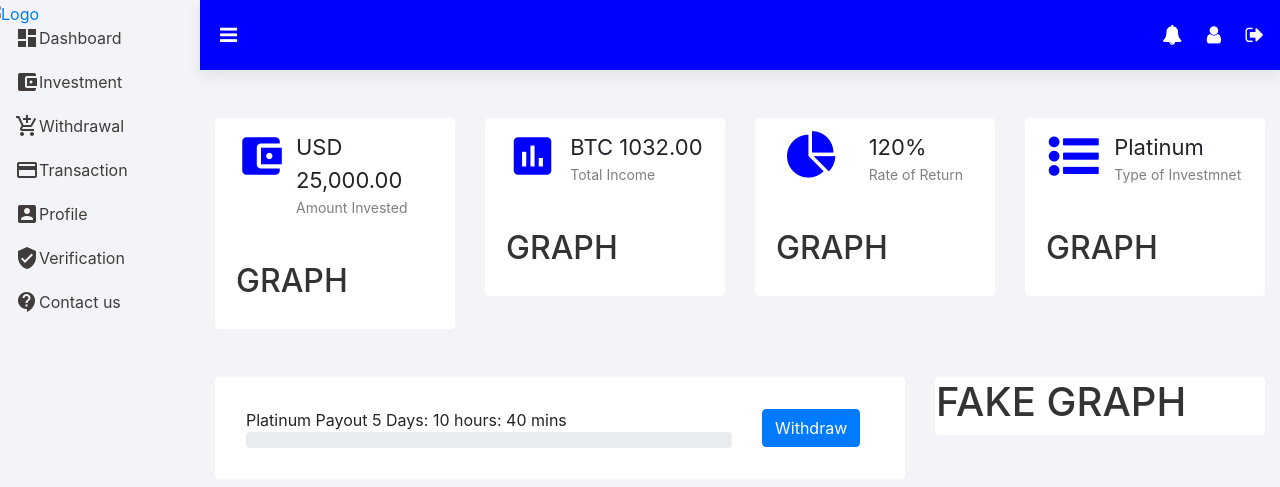
Repository: latenightsnacc/Static-Web-Projects
Page: investment-site/index.html
An editor plug-in stored every save of this project. The page is shown before and after the next save, followed by the edit.
The browser window is 1280 px wide. The pictures show the whole page.
Some web libraries are served in a nearby version. The style sheet was rebuilt from its Sass, Less or Tailwind sources for each picture, by a compiler version that may differ from the author's.

Above is the page before, as saved 2020-07-31 09:34:21.
Console error (its wording comes from the project's code and is left out).

### investment-site/index.html
<!DOCTYPE html>
<html lang="en">
<head>
    <meta charset="UTF-8">
    <meta name="viewport" content="width=device-width, initial-scale=1.0">
    <link rel="stylesheet" href="https://cdn.jsdelivr.net/npm/uikit@3.5.4/dist/css/uikit.min.css" />
    <!--Bootstrap-->
    <link rel="stylesheet" href="https://stackpath.bootstrapcdn.com/bootstrap/4.5.0/css/bootstrap.min.css" integrity="sha384-9aIt2nRpC12Uk9gS9baDl411NQApFmC26EwAOH8WgZl5MYYxFfc+NcPb1dKGj7Sk" crossorigin="anonymous">
    <!--Font awesome -->
    <link rel="stylesheet" href="https://stackpath.bootstrapcdn.com/font-awesome/4.7.0/css/font-awesome.min.css">
    <!--Google Icons-->
    <link href="https://fonts.googleapis.com/icon?family=Material+Icons" rel="stylesheet">
    <!--Custom Stylesheet-->
    <link rel="stylesheet" href="stylesheet.css">
    <title>Investment Site</title>
</head>
<body>
    <main class="row">
        <!--Sidebar-->
        <div class="sidebar" id="side-nav">
            <div class="sideNav-menu">
                <a href="index.html">
                    <img src="#" alt="Logo" />
                </a>
                <ul class="side-menu">
                    <li>
                        <a href="#" class="menu-item">
                            <span class="material-icons">dashboard</span>
                            <span class="menu-link">Dashboard</span>
                        </a>
                    </li>
                    <li>
                        <a href="#" class="menu-item">
                            <span class="material-icons">account_balance_wallet</span>
                            <span class="menu-link">Investment</span>
                        </a>
                    </li>
                    <li>
                        <a href="#" class="menu-item">
                            <span class="material-icons">add_shopping_cart</span>
                            <span class="menu-link">Withdrawal</span>
                        </a>
                    </li>
                    <li>
                        <a href="#" class="menu-item">
                            <span class="material-icons">payment</span>
                            <span class="menu-link">Transaction</span>
                        </a>
                    </li>
                    <li>
                        <a href="#" class="menu-item">
                            <span class="material-icons">account_box</span>
                            <span class="menu-link">Profile</span>
                        </a>
                    </li>
                    <li>
                        <a href="#" class="menu-item">
                            <span class="material-icons">verified_user</span>
                            <span class="menu-link">Verification</span>
                        </a>
                    </li>
                    <li>
                        <a href="#" class="menu-item">
                            <span class="material-icons">contact_support</span>
                            <span class="menu-link">Contact us</span>
                        </a>
                    </li>
                </ul>
            </div>
        </div>
        <!--Main-->
        <div class="main-content" id="main">
            <!--Header-->
            <div class="header">
                <div class="menu">
                    <button class="icon" id="menu-icon">
                        <i class="fa fa-bars"></i>
                    </button>
                    <div class="other-icons pr-3">
                        <button class="icon">
                            <i class="fa fa-bell"></i>
                        </button>
                        <button class="icon">
                            <i class="fa fa-user"></i>
                        </button>
                        <button class="icon">
                            <i class="fa fa-sign-out"></i>
                        </button>
                    </div>
                </div>
            </div>

            <!--Summary Cards-->
            <div class="container">
                <div class="row mt-5">
                    <div class="col-sm-12 col-md-3 col-lg-3">
                        <div class="card">
                            <div class="card-header">
                                <span class="material-icons sc-icon">account_balance_wallet</span>
                                <div class="card-title">USD 25,000.00
                                    <span>Amount Invested</span>
                                </div>
                            </div>
                            <div class="card-body">
                                <h2>GRAPH</h2>
                            </div>
                        </div>
                    </div>
                    <div class="col-sm-12 col-md-3 col-lg-3">
                        <div class="card">
                            <div class="card-header">
                                <span class="material-icons sc-icon">assessment</span>
                                <div class="card-title">BTC 1032.00
                                    <span>Total Income</span>
                                </div>
                            </div>
                            <div class="card-body">
                                <h2>GRAPH</h2>
                            </div>
                        </div>
                    </div>
                    <div class="col-sm-12 col-md-3 col-lg-3">
                        <div class="card">
                            <div class="card-header">
                                <span class="fa fa-pie-chart sc-icon"></span>
                                <div class="card-title">120%
                                    <span>Rate of Return</span>
                                </div>
                            </div>
                            <div class="card-body">
                                <h2>GRAPH</h2>
                            </div>
                        </div>
                    </div>
                    <div class="col-sm-12 col-md-3 col-lg-3">
                        <div class="card">
                            <div class="card-header">
                                <span class="fa fa-list-ul sc-icon"></span>
                                <div class="card-title">Platinum
                                    <span>Type of Investmnet</span>
                                </div>
                            </div>
                            <div class="card-body">
                                <h2>GRAPH</h2>
                            </div>
                        </div>
                    </div>
                </div>
            </div>

            <div class="container">
                <div class="row mt-5">
                    <div class="col-sm-12 col-md-8 col-lg-8">
                        <div class="card">
                            <div class="row card-container">
                                <div class="col-sm-9 col-md-9 col-lg-9">
                                    <div class="investment-title">Platinum Payout
                                        <span>5 Days: 10 hours: 40 mins</span>
                                    </div>
                                    <div class="progress">
                                        <div class="progress-bar" role="progressbar" aria-valuenow="30" aria-valuemin="30" aria-valuemax="100"></div>
                                    </div>
                                </div>
                                <div class="col-sm-3 col-md-3 col-lg-3">
                                    <div class="btnBox">
                                        <button class="btn btn-primary">Withdraw</button>
                                    </div>
                                </div>
                            </div>
                        </div>
                    </div>
                    <div class="col-sm-12 col-md-4 col-lg-4">
                        <div class="card">
                            <h1>FAKE GRAPH</h1>
                        </div>
                    </div>
                </div>
            </div>

        </div>
    </main>
    <script src="https://code.jquery.com/jquery-3.5.1.slim.min.js" integrity="sha384-DfXdz2htPH0lsSSs5nCTpuj/zy4C+OGpamoFVy38MVBnE+IbbVYUew+OrCXaRkfj" crossorigin="anonymous"></script>
    <script src="https://cdn.jsdelivr.net/npm/popper.js@1.16.0/dist/umd/popper.min.js" integrity="sha384-Q6E9RHvbIyZFJoft+2mJbHaEWldlvI9IOYy5n3zV9zzTtmI3UksdQRVvoxMfooAo" crossorigin="anonymous"></script>
    <script src="https://stackpath.bootstrapcdn.com/bootstrap/4.5.0/js/bootstrap.min.js" integrity="sha384-OgVRvuATP1z7JjHLkuOU7Xw704+h835Lr+6QL9UvYjZE3Ipu6Tp75j7Bh/kR0JKI" crossorigin="anonymous"></script>
    <script src="https://cdnjs.cloudflare.com/ajax/libs/jquery/3.5.1/jquery.min.js"></script>
    <script src="main.js"></script>
</body>
</html>

### investment-site/main.js
$('#').toggle(
    function() {
        $('#main').css('left', '0')
    }, function() {
        $('#main').css('left', '200px')
    }
)

### investment-site/stylesheet.scss
@import 'variables';

*{
    margin: 0;
    padding: 0;
    box-sizing: border-box;
    list-style: none;

    a {
        &:hover {
            text-decoration: none;
        }
    }
}

body,html {
    background-color: $bG;
    position: relative;
}
#side-nav, #main {
    position: absolute;
}
#side-nav {
    top: 0px;
    width: 200px;
    bottom: 0px;
    background:orange;
}
#main {
    top: 0px;
    left: 200px;
    right: 0;
    bottom: 0px;
    background:green;
}

.header {
    background-color: $blue;
    box-shadow: $bS;

}

.menu {
    display: flex;
    justify-content: space-between;
    align-items: center;
    height: 70px;
}

.icon {
    background-color: transparent;
    border: none;
    color: white;
    font-size: 20px;
    margin-left: 20px;
}

.sc-icon {
    font-size: 50px;
    color: $blue;
}

.sideNav-menu {
    img{
        height: 100px;
    }
    li {
        margin-bottom: 20px;
        .menu-item {
            display: flex;
            align-items: center;
            color: rgb(65, 60, 60);

            &:hover {
                color: blue;
            }
        }

    }
}
.card {
    border: 1px solid $white;
    .card-header{
        background-color: $white !important;
        border: none;
        display: flex;
        justify-content: space-around;
        align-items: flex-start;
    }
    .card-title {
        display: flex;
        flex-direction: column;
        font-size: 22px;
        padding-left: 10px;
        span {
            font-size: 14px;
            color: grey;
        }
    }
}

.card-container {
    display: flex;
    height: 100px;
    align-items: center;
    padding-left: 30px;
}
.progress-bar {
    background-color: blue !important;
}

### investment-site/_variables.scss
$bS: 0 5px 15px rgba(0,0,0,0.08);
$blue: blue;
$bG: #f3f4f7;
$white: #fff;

After the next save:
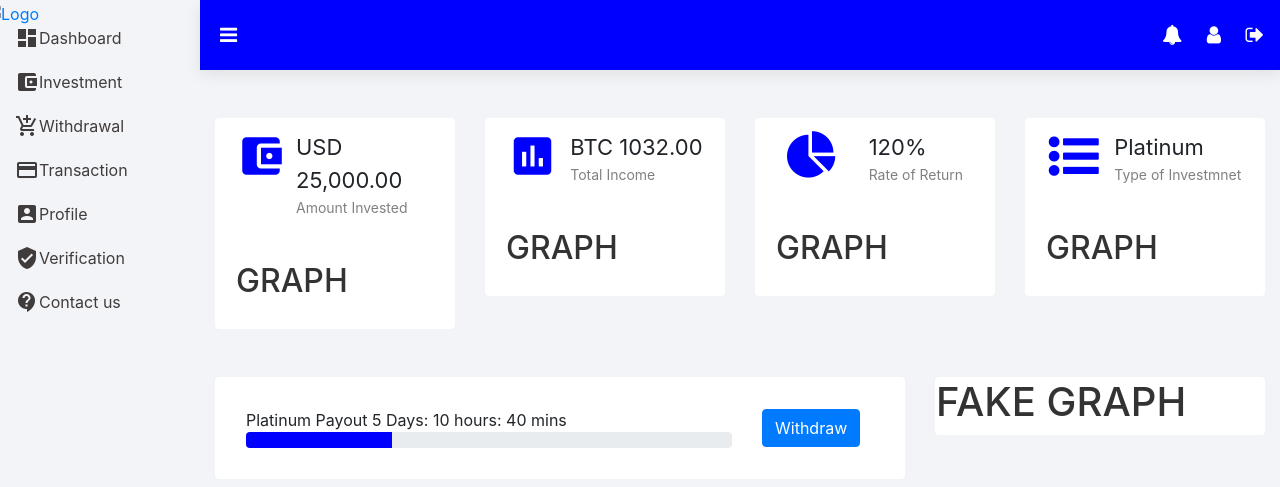
Saved 57 s later.
--- a/investment-site/index.html
+++ b/investment-site/index.html
@@ -158,7 +158,7 @@
                                         <span>5 Days: 10 hours: 40 mins</span>
                                     </div>
                                     <div class="progress">
-                                        <div class="progress-bar" role="progressbar" aria-valuenow="30" aria-valuemin="30" aria-valuemax="100"></div>
+                                        <div class="progress-bar" role="progressbar" style="width: 30%" aria-valuenow="30" aria-valuemin="30" aria-valuemax="100"></div>
                                     </div>
                                 </div>
                                 <div class="col-sm-3 col-md-3 col-lg-3">
